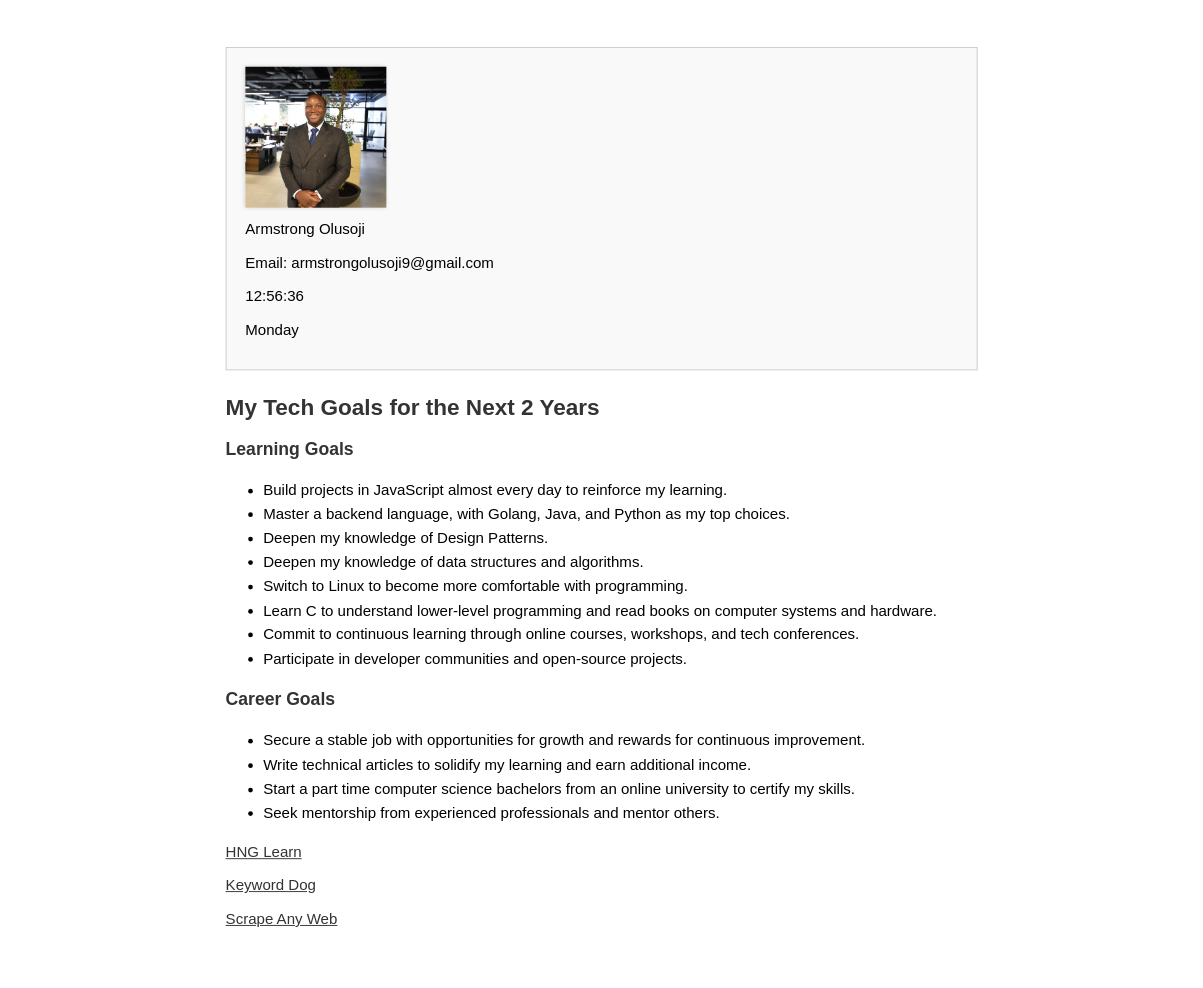
Repository: Armstrong2035/hng-project-one
Page: index.html
An editor plug-in stored every save of this project. The page is shown before and after the next save, followed by the edit.
The browser window is 1280 px wide. The pictures show the whole page, at 94% of full size.

Above is the page before, as saved 2024-07-01 17:07:14.

### index.html
<!DOCTYPE html>
<html>
  <head>
    <meta charset="utf-8" />
    <meta name="viewport" content="width=device-width" />
    <title>Armstrong Olusoji's Goals</title>
    <link href="style.css" rel="stylesheet" type="text/css" />
    <script src="script.js" defer></script>
  </head>
  <body>
    <div id="container">
      <div class="profile-card">
        <div class="profile-picture">
          <img
            src="Headshot.jpg"
            alt="Profile Picture"
            class="headshot"
            data-testid="slackProfilePicture"
          />
        </div>
        <div class="display-information">
          <p data-testid="slackDisplayName">Armstrong Olusoji</p>
          <p data-testid="slackEmail">Email: armstrongolusoji9@gmail.com</p>
          <p data-testid="currentTimeUTC" id="current-time">Loading...</p>
          <p data-testid="currentDay" id="current-day">Loading...</p>
        </div>
      </div>

      <section id="my-goals">
        <h2>My Tech Goals for the Next 2 Years</h2>
        <div class="learning-goals">
          <h3>Learning Goals</h3>
          <ul>
            <li>
              Build projects in JavaScript almost every day to reinforce my
              learning.
            </li>
            <li>
              Master a backend language, with Golang, Java, and Python as my top
              choices.
            </li>
            <li>Deepen my knowledge of Design Patterns.</li>
            <li>Deepen my knowledge of data structures and algorithms.</li>
            <li>
              Switch to Linux to become more comfortable with programming.
            </li>
            <li>
              Learn C to understand lower-level programming and read books on
              computer systems and hardware.
            </li>
            <li>
              Commit to continuous learning through online courses, workshops,
              and tech conferences.
            </li>
            <li>
              Participate in developer communities and open-source projects.
            </li>
          </ul>
        </div>
        <div class="career-goals">
          <h3>Career Goals</h3>
          <ul>
            <li>
              Secure a stable job with opportunities for growth and rewards for
              continuous improvement.
            </li>
            <li>
              Write technical articles to solidify my learning and earn
              additional income.
            </li>
            <li>
              Start a part time computer science bachelors from an online
              university to certify my skills.
            </li>
            <li>
              Seek mentorship from experienced professionals and mentor others.
            </li>
          </ul>
        </div>
      </section>

      <section>
        <a href="https://hng.tech/learn" data-testid="hngLink">HNG Learn</a>
        <a href="https://keyword.dog" data-testid="keywordLink">Keyword Dog</a>
        <a href="https://scrapeanyweb.site" data-testid="scrapeanywebLink"
          >Scrape Any Web</a
        >
      </section>
    </div>
  </body>
</html>

### style.css
body {
  font-family: Arial, sans-serif;
  line-height: 1.6;
  margin: 0;
  padding: 0;
  /* background: linear-gradient(to bottom right, #3498db, #2ecc71); */
}

#container {
  max-width: 800px;
  margin: 0 auto;
  padding: 50px;
  background-color: #fff;
}

.profile-card {
  margin-bottom: 20px;
  display: flex;
  flex-direction: column;
  align-items: flex-start;
  border: 1px solid #ccc;
  padding: 20px 20px;
  background-color: #f9f9f9;
}

.profile-picture {
  height: 150px;
  width: 150px;

  align-self: flex-start;
  box-shadow: 0 0 5px rgba(0, 0, 0, 0.2);
}

.profile-picture .headshot {
  height: 100%;
  width: 100%;
  object-fit: cover;
}

.display-information p {
  margin: 10px 0;
}

h2,
h3 {
  margin: 10px 0;
  color: #333;
}

a {
  display: block;
  margin: 10px 0;
  color: #333;
}

a:hover {
  text-decoration: underline;
}

### script.js
function updateTime() {
  const now = new Date();
  const utcTime = now.toISOString().slice(11, 19);
  const day = now.toLocaleDateString("en-US", { weekday: "long" });
  document.getElementById("current-time").textContent = ` ${utcTime}`;
  document.getElementById("current-day").textContent = ` ${day}`;
}

setInterval(updateTime, 1000);
updateTime();

After the next save:
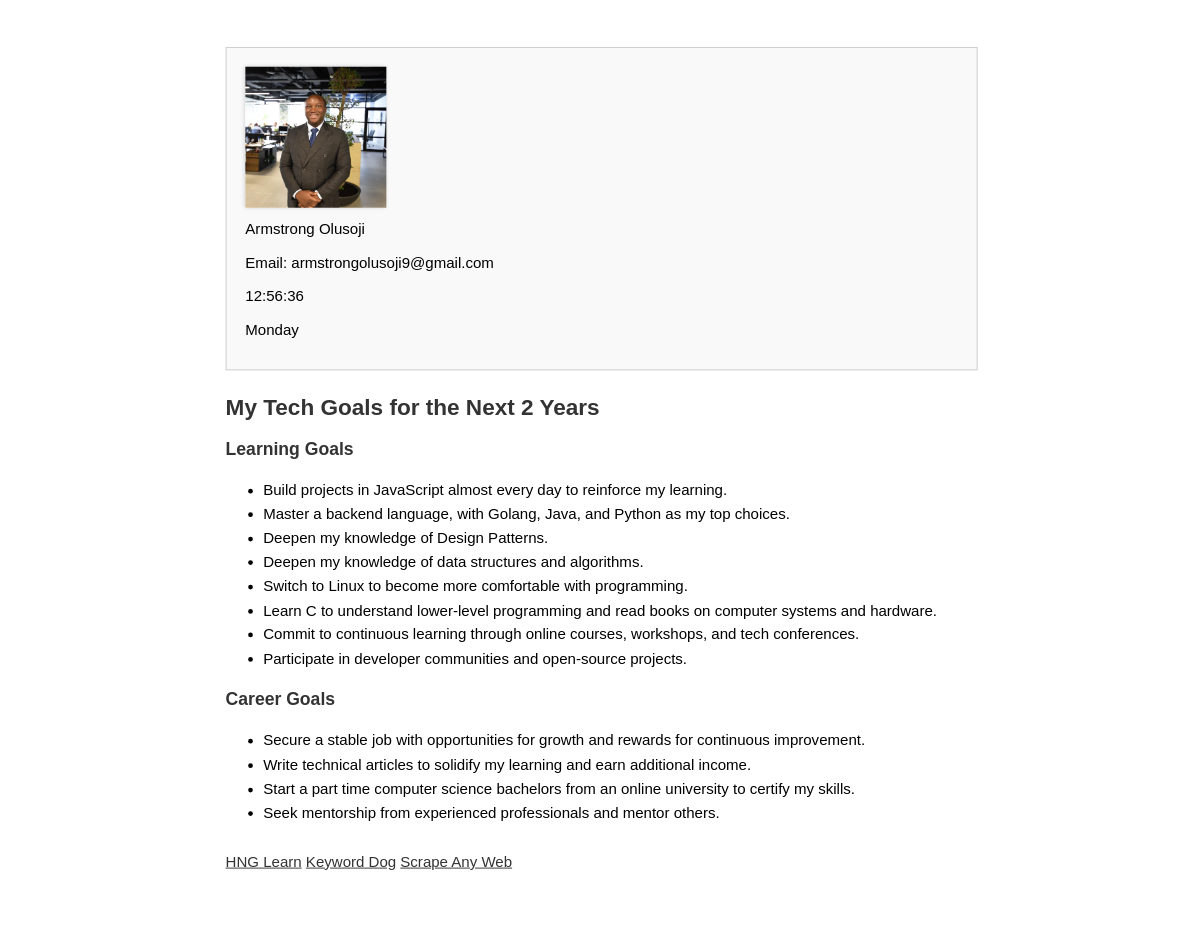
Saved 30 s later.
--- a/style.css
+++ b/style.css
@@ -48,7 +48,7 @@ h3 {
 }
 
 a {
-  display: block;
+  display: inline-block;
   margin: 10px 0;
   color: #333;
 }
